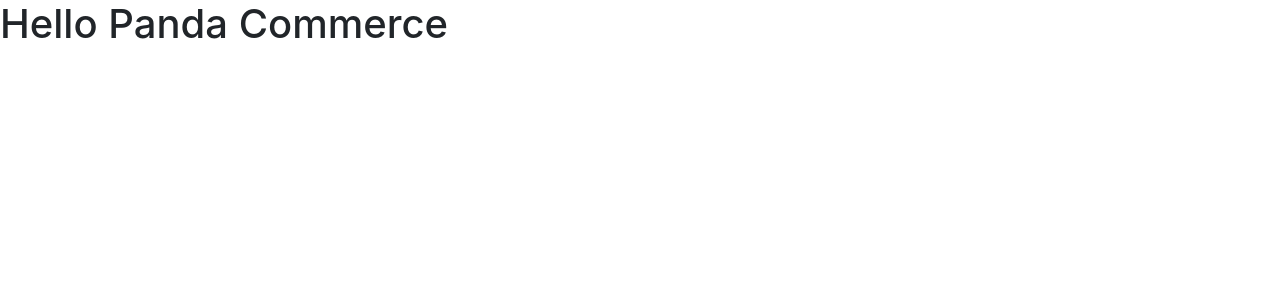
Repository: mohsinfarabi/panda-commerce
Page: index.html
The author's editor kept a copy of each file at every save. The page is drawn from the files as they stood at one save, then again after the next save.
The browser window is 1280 px wide. The pictures show the whole page.

Above is the page before, as saved 2020-07-07 01:59:03.

### index.html
<!DOCTYPE html>
<html lang="en">

<head>
    <meta charset="UTF-8">
    <meta name="viewport" content="width=device-width, initial-scale=1.0">
    <title>Panda Commerce</title>
    <link rel="stylesheet" href="css/bootstrap/css/bootstrap.min.css">
    <link rel="stylesheet" href="style.css">
</head>

<body>
    <h1>Hello Panda Commerce</h1>

    <script src="https://code.jquery.com/jquery-3.5.1.slim.min.js" integrity="sha384-DfXdz2htPH0lsSSs5nCTpuj/zy4C+OGpamoFVy38MVBnE+IbbVYUew+OrCXaRkfj" crossorigin="anonymous"></script>
    <script src="https://cdn.jsdelivr.net/npm/popper.js@1.16.0/dist/umd/popper.min.js" integrity="sha384-Q6E9RHvbIyZFJoft+2mJbHaEWldlvI9IOYy5n3zV9zzTtmI3UksdQRVvoxMfooAo" crossorigin="anonymous"></script>
    <script src="https://stackpath.bootstrapcdn.com/bootstrap/4.5.0/js/bootstrap.min.js" integrity="sha384-OgVRvuATP1z7JjHLkuOU7Xw704+h835Lr+6QL9UvYjZE3Ipu6Tp75j7Bh/kR0JKI" crossorigin="anonymous"></script>
</body>

</html>

Loaded but not shown: css/bootstrap/css/bootstrap.min.css (library); style.css (no stored copy; drawn as an empty file)

After the next save:
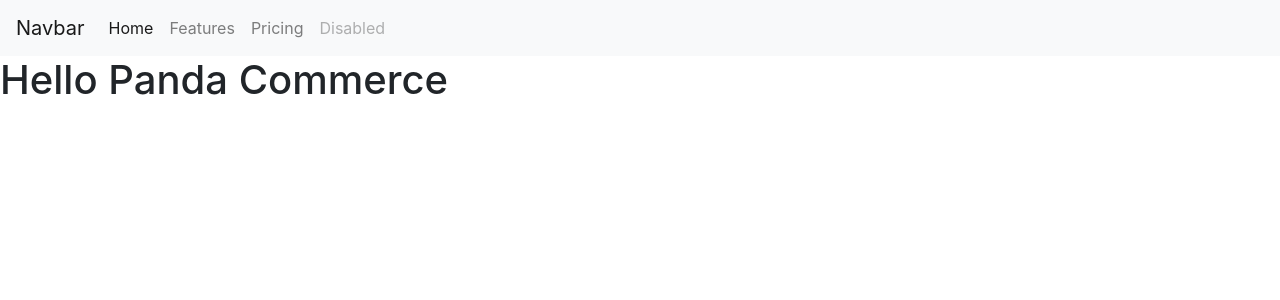
Saved 2 min 13 s later.
--- a/index.html
+++ b/index.html
@@ -10,6 +10,28 @@
 </head>
 
 <body>
+    <nav class="navbar navbar-expand-lg navbar-light bg-light">
+        <a class="navbar-brand" href="#">Navbar</a>
+        <button class="navbar-toggler" type="button" data-toggle="collapse" data-target="#navbarNav" aria-controls="navbarNav" aria-expanded="false" aria-label="Toggle navigation">
+          <span class="navbar-toggler-icon"></span>
+        </button>
+        <div class="collapse navbar-collapse" id="navbarNav">
+            <ul class="navbar-nav">
+                <li class="nav-item active">
+                    <a class="nav-link" href="#">Home <span class="sr-only">(current)</span></a>
+                </li>
+                <li class="nav-item">
+                    <a class="nav-link" href="#">Features</a>
+                </li>
+                <li class="nav-item">
+                    <a class="nav-link" href="#">Pricing</a>
+                </li>
+                <li class="nav-item">
+                    <a class="nav-link disabled" href="#" tabindex="-1" aria-disabled="true">Disabled</a>
+                </li>
+            </ul>
+        </div>
+    </nav>
     <h1>Hello Panda Commerce</h1>
 
     <script src="https://code.jquery.com/jquery-3.5.1.slim.min.js" integrity="sha384-DfXdz2htPH0lsSSs5nCTpuj/zy4C+OGpamoFVy38MVBnE+IbbVYUew+OrCXaRkfj" crossorigin="anonymous"></script>
